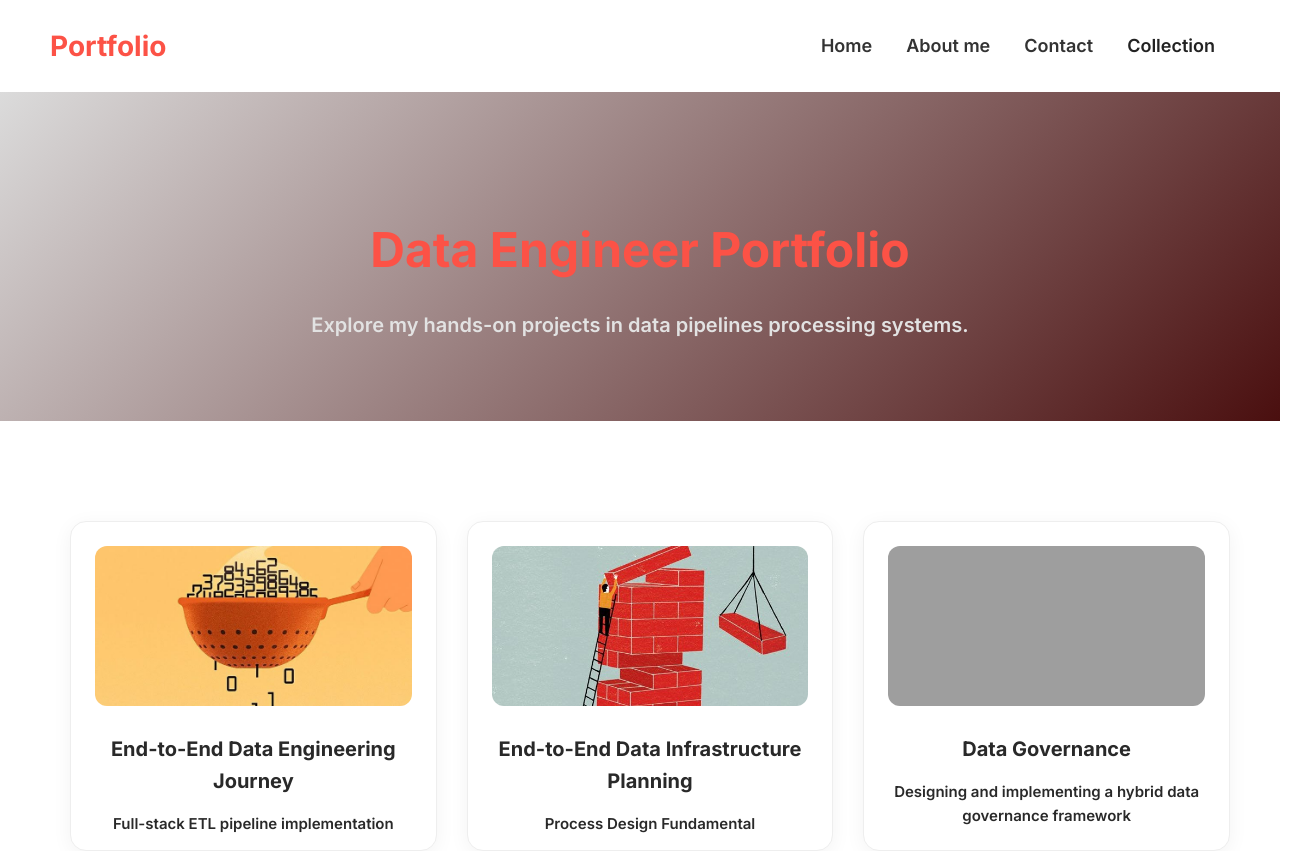
Repository: Wipas1919/Archive-portfolio
Page: projects/data-engineer.html
The author's editor kept a copy of each file at every save. The page is drawn from the files as they stood at one save, then again after the next save.
The browser window is 1280 px wide. The page is 1300 px wide, so the pictures cover 1300 px, including what lies to the right of the window. The pictures show the whole page.
Pictures or frames that could not be fetched are drawn as grey boxes.

Above is the page before, as saved 2025-06-01 20:55:38.

### projects/data-engineer.html
<!-- Cleaned and updated on 2025-05-25 -->
<!DOCTYPE html>
<html lang="en">
<head>
  <meta charset="UTF-8" />
  <meta name="viewport" content="width=device-width, initial-scale=1.0"/>
  <title>Data Engineer | Portfolio</title>
  <link href="https://fonts.googleapis.com/css2?family=Inter:wght@600;700&display=swap" rel="stylesheet">
  <link rel="stylesheet" href="../style/main.css">
  <style>
    body {
      font-family: 'Inter', sans-serif;
    }
    .cover {
      background: linear-gradient(135deg, #dbdbdb, #4a0f0f);
      padding: 80px 20px;
      text-align: center;
    }
    .cover h1 {
      font-size: 48px;
      color: #fc5246;
      margin-bottom: 20px;
    }
    .cover p {
      font-size: 20px;
      color: #e2e2e2;
      max-width: 700px;
      margin: 0 auto;
    }

    .project-cards h3 {
      text-align: center;
      font-size: 28px;
      margin-top: 60px;
      margin-bottom: 30px;
    }

    .card-grid {
      display: grid;
      grid-template-columns: repeat(auto-fit, minmax(280px, 1fr));
      gap: 30px;
      padding: 0 20px;
    }

    .card {
      display: block;
      background: #fff;
      border-radius: 16px;
      box-shadow: 0 4px 20px rgba(0, 0, 0, 0.05);
      padding: 24px;
      text-align: center;
      transition: transform 0.3s;
      text-decoration: none !important;
      color: inherit !important;
      cursor: pointer;
    }

    .card:hover {
      transform: translateY(-5px);
    }

    .card img {
      width: 100%;
      height: 160px;
      object-fit: cover;
      border-radius: 12px;
      margin-bottom: 16px;
    }

    .card h4 {
      font-size: 20px;
      margin-bottom: 8px;
      color: #222;
    }

    .card p {
      color: #666;
      font-size: 15px;
    }

    /* Make sure visited or active links do not change color or show underline */
    .card:visited,
    .card:hover,
    .card:focus,
    .card:active,
    .card *,
    .card *:visited,
    .card *:hover,
    .card *:focus,
    .card *:active {
      color: inherit !important;
      text-decoration: none !important;
    }

    .dropdown-wrapper {
      position: relative;
      display: inline-block;
    }

    .dropbtn {
      font-weight: 600;
      cursor: pointer;
      color: #222;
      text-decoration: none;
      margin-left: 15px;
    }

    .dropdown-content {
      display: none;
      position: absolute;
      top: 100%;
      right: 0;
      background-color: #ffffff;
      min-width: 220px;
      border-radius: 12px;
      box-shadow: 0 10px 25px rgba(0, 0, 0, 0.08);
      overflow: hidden;
      padding: 10px 0;
      z-index: 999;
    }

    .dropdown-wrapper:hover .dropdown-content {
      display: block;
    }

    .dropdown-content a {
      display: block;
      padding: 12px 20px;
      color: #222;
      text-decoration: none;
      font-size: 15px;
      transition: background-color 0.2s ease, color 0.2s ease;
    }

    .dropdown-content a:hover {
      background-color: #eaeaea;
      color: #fd3a2d;
    }
  </style>
</head>
<body>
  <div id="page-loader"><div class="spinner"></div></div>

  <header>
    <div class="container">
      <h1 class="logo" style="font-family: 'Inter', sans-serif; font-weight: 700; font-size: 28px; color: #fc5246;">Portfolio</h1>
      <nav class="nav-right">
        <a href="../index.html">Home</a>
        <a href="../index.html#about">About me</a>
        <a href="../index.html#contact">Contact</a>
        <div class="dropdown-wrapper">
          <a href="#" class="dropbtn">Collection</a>
          <div class="dropdown-content">
            <a href="data-engineer.html">Data Engineer</a>
            <a href="business-analysis.html">Business Analysis</a>
            <a href="bi-solutions.html">Business Intelligent</a>
            <a href="strategic-data.html">Data-Driven</a>
            <a href="cloud-cert.html">Certification</a>
            <a href="data-integration.html">Data Product</a>
          </div>
        </div>
      </nav>
    </div>
  </header>

  <!-- Cover / Hero Section -->
  <section class="cover">
    <h1>Data Engineer Portfolio</h1>
    <p>Explore my hands-on projects in data pipelines processing systems.</p>
  </section>

  <!-- Project Cards Section -->
  <section class="project-cards container" id="project-cards">
    <div class="card-grid" id="card-container"></div>
  </section>

  <script>
    const cardsContainer = document.getElementById("card-container");
    const projectId = "data-engineer";

    fetch("../data/projects.json")
      .then(res => res.json())
      .then(data => {
        const p = data[projectId];
        if (!p || !p.projects?.length) {
          cardsContainer.innerHTML = "<p>No projects found.</p>";
          return;
        }
        cardsContainer.innerHTML = p.projects.map(proj => `
          <a href="project.html?id=${proj.slug}" class="card">
            <img src="${proj.image}" alt="${proj.title}" />
            <h4>${proj.title}</h4>
            <p>${proj.description}</p>
          </a>
        `).join("");
      })
      .catch(err => {
        cardsContainer.innerHTML = "<p>Error loading data.</p>";
        console.error(err);
      });
  </script>
</body>
</html>

### style/main.css
/* ตั้งค่าพื้นฐาน */
body {
  margin: 0;
  font-family: 'Poppins', sans-serif;
  background: #ffffff;
  color: #292929;
  line-height: 1.6;
  scroll-behavior: smooth;
  user-select: none;
  -webkit-user-select: none;
  -ms-user-select: none;
}

img {
  max-width: 100%;
  height: auto;
  display: block;
}

.container {
  width: 100%;
  max-width: 1200px;
  margin: 0 auto;
  padding: 0 50px; /* เพิ่ม padding ด้านข้าง */
}

@media screen and (max-width: 767px) {
  .container { padding: 0 16px; }
  .hero h2 { font-size: 36px; }
  .hero p { font-size: 18px; }
  .card-grid { grid-template-columns: 1fr; }
  nav a { font-size: 14px; }
  .hero-content { flex-direction: column; }
  .about-image img { width: 100%; }
}

@media screen and (min-width: 768px) and (max-width: 1024px) {
  .hero h2 { font-size: 48px; }
  .card-grid { grid-template-columns: repeat(2, 1fr); }
}

@media screen and (max-width: 480px) {
  h2, .section-title { font-size: 28px; }
  .hero h2 { font-size: 28px; }
  .hero p, .section-description, .about-text p, .card p { font-size: 16px; }
  .btn { padding: 10px 20px; font-size: 16px; }
}

/* Navbar */
header {
  background: #fff;
  padding: 5px 0;
  display: flex;
  justify-content: space-between;
  align-items: center;
  border-bottom: 0px solid #eee;
  position: sticky;
  top: 0;
  z-index: 100;
}

header .container {
  display: flex;
  align-items: center;
  justify-content: space-between;
}

.logo {
  font-family: 'Poppins', serif;
  font-size: 30px;
  color: #fc5246;
}

nav a {
  margin: 0 15px;
  color: #333;
  text-decoration: none;
  font-weight: 600;
  font-size: 18px;
}

nav a:hover {
  color: #fd3a2d;
}

/* ปุ่มหลักของเมนู dropdown */
.dropdown-wrapper {
  position: relative;
  display: inline-block;
}

.dropbtn {
  font-weight: 600;
  cursor: pointer;
  color: #222;
  transition: color 0.3s ease;
}

.dropbtn:hover {
  color: #fd3a2d;
}

/* เมนูที่แสดงเมื่อ hover */
.dropdown-content {
  display: none;
  position: absolute;
  top: 100%;
  right: 0;
  background-color: #ffffff;
  min-width: 220px;
  border-radius: 12px;
  box-shadow: 0 10px 25px rgba(0, 0, 0, 0.08);
  overflow: hidden;
  padding: 10px 0;
  z-index: 999;
}

/* แสดงเมื่อ hover */
.dropdown-wrapper:hover .dropdown-content {
  display: block;
}

/* ลิงก์ใน dropdown */
.dropdown-content a {
  display: block;
  padding: 12px 20px;
  color: #222;
  text-decoration: none;
  font-size: 15px;
  transition: background-color 0.2s ease, color 0.2s ease;
}

/* Hover effect ของลิงก์ */
.dropdown-content a:hover {
  background-color: #eaeaea;
  color: #fd3a2d;
}

.hero-animation {
  margin-top: 10px;
  display: flex;
  justify-content: right;
}

/* Hero Section */
.hero {
  position: relative;
  height: 60vh;
  display: flex;
  align-items: center;
  justify-content: center;
  flex-direction: column;
  text-align: center;
  background: #000000;
  color: #ffffff;
}

#hero-background {
  position: absolute;
  top: 0;
  left: 0;
  width: 100%;
  height: 100%;
  z-index: 0;
}

.hero-content {
  position: relative;
  z-index: 1;
  width: 100%;
  max-width: 1200px;
  padding-left: 5vw;
  padding-right: 5vw;
  text-align: left;
  align-items: flex-start;
}

.hero h2 {
  font-size: 60px;
  margin-bottom: 10px;
  line-height: 1.2;
  color: #ececec;
}

.hero p {
  font-size: 30px;
  margin-bottom: 30px;
  color: #ececec;
}

.btn, .hero .btn {
  display: inline-block;
  background: #fd3a2d;
  color: #fff;
  padding: 14px 36px;
  border-radius: 30px;
  text-decoration: none;
  font-weight: bold;
  font-size: 18px;
  transition: background 0.3s;
}

.btn:hover, .hero .btn:hover {
  background: #252525;
}

/* Sections */
section {
  padding: 100px 0;
  text-align: center;
}

/* About Section */
.about-grid {
  display: flex;
  align-items: center;
  justify-content: center;
  gap: 50px;
  flex-wrap: wrap;
}

.about-image img {
  width: 500px;
  height: auto;
  object-fit: cover;
  border-top-left-radius: 0;
  border-top-right-radius: 0;
  border-bottom-left-radius: 200px;
  border-bottom-right-radius: 200px;
}

.about-text {
  max-width: 500px;
  text-align: left;
}

.about-text h2 {
  margin-bottom: 20px;
}

.about-text p {
  font-size: 18px;
  color: #666;
}

/* Timeline */
.timeline-item {
  position: relative;
  margin-bottom: 30px;
}

.timeline-dot {
  width: 14px;
  height: 14px;
  background-color: #fd3a2d;
  border-radius: 50%;
  position: absolute;
  left: -8px;
  top: 0;
}

.timeline-content {
  margin-left: 20px;
}

.timeline-content h4 {
  margin: 0;
  font-size: 18px;
  color: #333;
  font-weight: 600;
}

.timeline-content p {
  margin: 5px 0 0;
  font-size: 16px;
  color: #666;
}

/* Projects Section */
#projects {
  margin-bottom: 10px;
}

.card-grid {
  display: grid;
  grid-template-columns: repeat(3, 1fr); /* สำคัญ: 3 คอลัมน์ */
  gap: 20px;
  margin-top: 100px;
}


.card {
  background: #ffffff;
  padding: 30px;
  border-radius: 12px;
  max-height: 280px;
  text-align: center;
  transition: box-shadow 0.3s;
  border: 1px solid #eee;
}

.card:hover {
  box-shadow: 0 8px 20px rgba(0, 0, 0, 0.1);
}

.card-icon img {
  width: 40px;
  height: 40px;
  margin-bottom: 20px;
}

.card h3 {
  font-size: 18px;
  margin-bottom: 15px;
  color: #333;
}

.card p {
  font-size: 16px;
  color: #666;
}

/* Contact Section */
.contact {
  background: rgba(255, 255, 255, 0.5); /* 1 = โปร่งแสง 50% */
  text-align: center;
}

.section-subtitle {
  text-transform: uppercase;
  font-size: 18px;
  letter-spacing: 1.5px;
  color: #4e4e4e;
  margin-bottom: 10px;
}

h2 {
  font-size: 36px;
  color: #292929
}


.section-title {
  font-size: 36px;
  margin-bottom: 10px;
  color: #2e2e2e;
}

.section-description {
  font-size: 18px;
  margin-bottom: 40px;
  color: #4e4e4e;
}

.contact-grid {
  display: grid;
  grid-template-columns: repeat(auto-fit, minmax(280px, 1fr));
  gap: 20px;
  margin-top: 40px;
}

.contact-card.glass {
  background: rgba(255, 255, 255, 0.15);
  backdrop-filter: blur(12px);
  -webkit-backdrop-filter: blur(12px);
  border-radius: 20px;
  padding: 24px;
  border: 1px solid rgba(255, 255, 255, 0.3);
  box-shadow: 0 8px 32px rgba(0, 0, 0, 0.1);
  transition: transform 0.3s ease, box-shadow 0.3s ease;
  text-align: center;
}

.contact-card.glass:hover {
  transform: scale(1.05);
  box-shadow: 0 12px 28px rgba(0, 0, 0, 0.15);
}

.contact-icon {
  display: flex;
  flex-direction: column;
  align-items: center;
  justify-content: center; /* 🔥 เพิ่มบรรทัดนี้เพื่อจัดไอคอนแนวดิ่ง */
  height: 100px; /* ✅ ปรับความสูงให้เหมาะสม */
  margin-bottom: 12px;
}


.contact-icon img {
  width: 48px;
  height: 48px;
  margin-bottom: 12px;
  transition: transform 0.3s ease;
}

.contact-card.glass:hover .contact-icon img {
  transform: scale(1.15);
}

/* Footer */
footer {
  background: #f5f5f5;
  padding: 20px 0;
  font-size: 14px;
  color: #4d4d4d;
}

.footer-container {
  display: flex;
  justify-content: space-between;
  align-items: center;
  flex-wrap: wrap;
}

.social-links {
  display: flex;
  gap: 20px;
}

.social-links a img {
  width: 30px;
  height: 30px;
  transition: transform 0.3s ease;
}

.social-links a img:hover {
  transform: scale(1.2);
}

#hero-background {
  position: absolute;
  top: 0;
  left: 0;
  height: 100%;
  width: 100%;
  z-index: 0;
  overflow: hidden;
}
.hero-content {
  position: relative;
  z-index: 1;
}

/* animation-data */
.hero-content {
  display: flex;
  justify-content: space-between;
  align-items: center;
  flex-wrap: wrap;
  gap: 40px;
}

.hero-text {
  flex: 1 1 55%;
}

.hero-animation {
  flex: 1 1 40%;
  display: flex;
  justify-content: center;
  align-items: center;
}

/* ===== Page Loader & Smooth Scroll ===== */
html{scroll-behavior:smooth;}

#page-loader{
  position:fixed;inset:0;display:grid;place-items:center;
  background:#ffffff;z-index:9999;opacity:1;
  transition:opacity .0.5s ease;
}
#page-loader .spinner{
  width:32px;height:32px;border:4px solid #e5e5e5;
  border-top-color:#ff694b;border-radius:50%;
  animation:spin .8s linear infinite;
}
@keyframes spin{to{transform:rotate(360deg)}}

body.loaded #page-loader{opacity:0;pointer-events:none;}
body.fade-out{opacity:0;transition:opacity .0.5s ease;}

@keyframes hideLoaderFallback{to{opacity:0;pointer-events:none;}}
#page-loader{animation:hideLoaderFallback 0.5s forwards 0.5s;}



/* ====  Reusable Card Component  ================================== */
.card {
  background: #ffffff;
  border: 1px solid #eee;
  border-radius: 12px;
  padding: 24px;
  text-align: center;
  box-shadow: 0 4px 12px rgba(0,0,0,.05);
  transition: transform .3s ease, box-shadow .3s ease;
}
.card:hover {
  transform: translateY(-6px);
  box-shadow: 0 12px 25px rgba(0,0,0,.1);
}

.card__icon{
  display:flex;
  flex-direction:column;
  align-items:center;
  justify-content:center;
  height:100px;
  margin-bottom:12px;
}
.card__icon img{
  width:48px;
  height:48px;
  transition: transform .3s ease;
}
.card:hover .card__icon img{
  transform:scale(1.15);
}

/* Variant – project card (clickable) */
.card--project{cursor:pointer;}

/* Variant – glassmorphism contact card */
.card--glass{
  background: rgba(255,255,255,.15);
  backdrop-filter: blur(12px);
  -webkit-backdrop-filter: blur(12px);
  border: 1px solid rgba(255,255,255,.3);
  box-shadow: 0 8px 32px rgba(0,0,0,.1);
}

/* Grids */

.card-grid--contact{
  display:grid;
  grid-template-columns: repeat(auto-fit,minmax(280px,1fr));
  gap:20px;
  margin-top:40px;
}

/* Remove legacy duplicate styles */
.contact-card, .contact-card.glass, .glass-card{
}/* project */

.project-blog {
  max-width: 800px;
  margin: 80px auto;
  padding: 0 20px;
  font-family: 'Inter', sans-serif;
}

.project-blog h1 {
  font-size: 36px;
  font-weight: 700;
  margin-bottom: 20px;
  text-align: center;
  color: #222;
}

.project-blog .tag {
  display: inline-block;
  background: #eeeeee;
  color: #333;
  padding: 6px 12px;
  margin: 0 8px 20px 0;
  border-radius: 20px;
  font-size: 14px;
}

.project-blog p {
  font-size: 18px;
  color: #444;
  line-height: 1.7;
  margin-bottom: 24px;
}

.project-blog img {
  width: 100%;
  border-radius: 10px;
  margin: 30px 0;
  box-shadow: 0 8px 30px rgba(0,0,0,0.08);
}

/* button */
.back-float-btn {
  position: fixed;
  bottom: 30px;
  left: 50%;
  transform: translateX(-50%);
  background-color: #fc5246;
  color: white;
  padding: 10px 24px;
  font-size: 14px;
  border-radius: 30px;
  box-shadow: 0 4px 16px rgba(0, 0, 0, 0.1);
  cursor: pointer;
  z-index: 9999;
  text-align: center;
  font-family: 'Inter', sans-serif;
  transition: background 0.3s ease;
  width: auto;       /* ปรับให้ขนาดพอดีกับเนื้อหา */
  max-width: 200px;  /* จำกัดไม่ให้ปุ่มกว้างเกินไป */
}

.back-float-btn:hover {
  background-color: #e6483c;
}

@media (max-width: 768px) {
  .back-float-btn {
    padding: 9px 18px;
    font-size: 13px;
    bottom: 20px;
  }
/* ===== FINAL OVERRIDE ===== */
.contact-card a {
  color: inherit !important;
  text-decoration: none !important;
}

.contact-card a:visited {
  color: inherit !important;
  text-decoration: none !important;
}

.contact-card a:hover,
.contact-card a:focus,
.contact-card a:active {
  color: inherit !important;
  text-decoration: none !important;
}

/* ===== Card grid (Projects) enforce 3-column on desktop ===== */
@media (min-width: 1024px){
  .card-grid--projects{
    grid-template-columns: repeat(3, 1fr);
  }
}
/* 2 columns on tablets */
@media (min-width: 640px) and (max-width: 1023px){
  .card-grid--projects{
    grid-template-columns: repeat(2, 1fr);
  }
}
/* 1 column on small screens (default) */
}

/* ===== DESKTOP-ONLY MODE (CSS BLOCK) =====
   Hide entire site below 1024px width and show full-screen notice
--------------------------------------------------------------- */
@media (hover: none) and (pointer: coarse){
  /* Hide all real content */
  body > * { display: none !important; }

  /* Full-screen notice */
  body::before{
    content: "This site is designed for desktop browsers only.\A Please visit on a larger screen.";
    white-space: pre-line;
    position: fixed;
    inset: 0;
    background: #ffffff;
    color: #000000;
    padding: 40px 24px;
    display: flex;
    align-items: center;
    justify-content: center;
    font-family: "Poppins", sans-serif;
    font-size: 18px;
    line-height: 1.4;
    text-align: center;
    z-index: 99999;
  }

  /* Prevent horizontal scroll */
  html, body{ overflow: hidden; }
}

.project-blog strong {
  font-size: 1.4em;   /* 110 % ของขนาดปกติในย่อหน้านั้น */
  font-weight: 800;
}

### data/projects.json
{
  "data-engineer": {
    "projects": [
      {
        "title": "End-to-End Data Engineering Journey",
        "slug": "End-to-End Data Engineering Journey",
        "description": "Full-stack ETL pipeline implementation",
        "image": "/images/data-engineers.jpg"
      },
      {
        "title": "End-to-End Data Infrastructure Planning",
        "slug": "End-to-End Data Infrastructure Planning",
        "description": "Process Design Fundamental",
        "image": "/images/data-foundamatal.jpg"
      },
      {
        "title": "Data Governance",
        "slug": "Data Governance",
        "description": "Designing and implementing a hybrid data governance framework",
        "image": "/images/data-governance.jpg"
      }
    ]
  },
  "business-analysis": {
    "title": "Business Analysis",
    "description": "Transform data into insights for decision-making.",
    "image": "../images/ba.svg",
    "overview": "Analyzed survey and operational data to support marketing strategy.",
    "contributions": [
      "Designed data collection forms",
      "Used SQL & Power BI for analysis",
      "Presented insights to leadership"
    ],
    "tools": [
      "Excel",
      "SQL",
      "Power BI",
      "Survey Analysis"
    ],
    "impact": "Helped increase campaign engagement by 30%",
    "projects": [
      {
        "title": "post-event analysis",
        "slug": "post-event analysis",
        "description": "Built interactive dashboards to monitor sentiment trends.",
        "image": "/images/post-event.png"
      },
      {
        "title": "New insights are cooking",
        "slug": "campaign-performance-analysis",
        "description": "preparing something worth the wait.",
        "image": "/images/upcoming-cover.png"
      },
      {
        "title": "New insights are cooking",
        "slug": "operational-kpi-tracking",
        "description": "preparing something worth the wait.",
        "image": "/images/upcoming-cover.png"
      }
    ]
  },
  "bi-solutions": {
    "title": "Business Intelligent",
    "projects": [
      {
        "title": "Dashboard Routine",
        "description": "Designed Power BI dashboard to visualize sales KPIs across regions.",
        "image": "/images/bi-routine-1.png",
        "slug": "bi-sales-performance"
      },
      {
        "title": "Dashboard Near-real time",
        "description": "Used data visualization to cluster customer segments based on behavior.",
        "image": "/images/bi-routine-2.png",
        "slug": "bi-customer-segmentation"
      },
      {
        "title": "KPI Overview",
        "description": "Built interactive dashboards to summarize high-level KPIs for executives.",
        "image": "/images/bi-routine-3.png",
        "slug": "bi-kpi-overview"
      }
    ]
  },
  "strategic-data": {
    "title": "Data-Driven",
    "projects": [
      {
        "title": "Assistant Speaker Trend Technoligies ",
        "description": "Developed a data-driven framework to analyze campaign performance across channels.",
        "image": "/images/bi-routine-4.jpg",
        "slug": "marketing-insight-framework"
      },
      {
        "title": "Power BI Training",
        "description": "Created visualizations from IoT sensor data to optimize event space usage.",
        "image": "/images/bi-routine-5.jpg",
        "slug": "event-analytics-dashboard"
      },
      {
        "title": "Coming Soon!",
        "description": "Designed end-to-end system for converting analytics into automated decisions.",
        "image": "/images/upcoming-cover.png",
        "slug": "decision-intelligence-system"
      }
    ]
  },
  "data-integration": {
    "title": "Data Product",
    "projects": [
      {
        "title": "Chat AI for web-event",
        "description": "Built backend pipeline to integrate chatbot logs into Datamart for insights.",
        "image": "/images/bi-routine-6.png",
        "slug": "chatbot-analytics-pipeline"
      },
      {
        "title": "Hr Recuddtor Macthing",
        "description": "Created dynamic reporting tool from MySQL and PostgreSQL for internal teams.",
        "image": "/images/upcoming-cover.png",
        "slug": "self-service-report-generator"
      },
      {
        "title": "Comming Soon!",
        "description": "Aggregated customer voice data into a single source for product decisions.",
        "image": "/images/upcoming-cover.png",
        "slug": "customer-feedback-hub"
      }
    ]
  },
  "cloud-cert": {
  "title": "Certification",
  "projects": [
    {
      "title": "Comming Soon!",
      "description": "Demonstrated foundational knowledge of GCP services and architecture.",
      "image": "/images/upcoming-cover.png",
      "slug": "gcp-certification"
    },
    {
      "title": "Comming Soon!",
      "description": "Comming Soon!",
      "image": "/images/upcoming-cover.png",
      "slug": "aws-certification"
    },
    {
      "title": "Comming Soon!",
      "description": "Comming Soon!",
      "image": "/images/upcoming-cover.png",
      "slug": "azure-certification"
    }
  ]
}
}

After the next save:
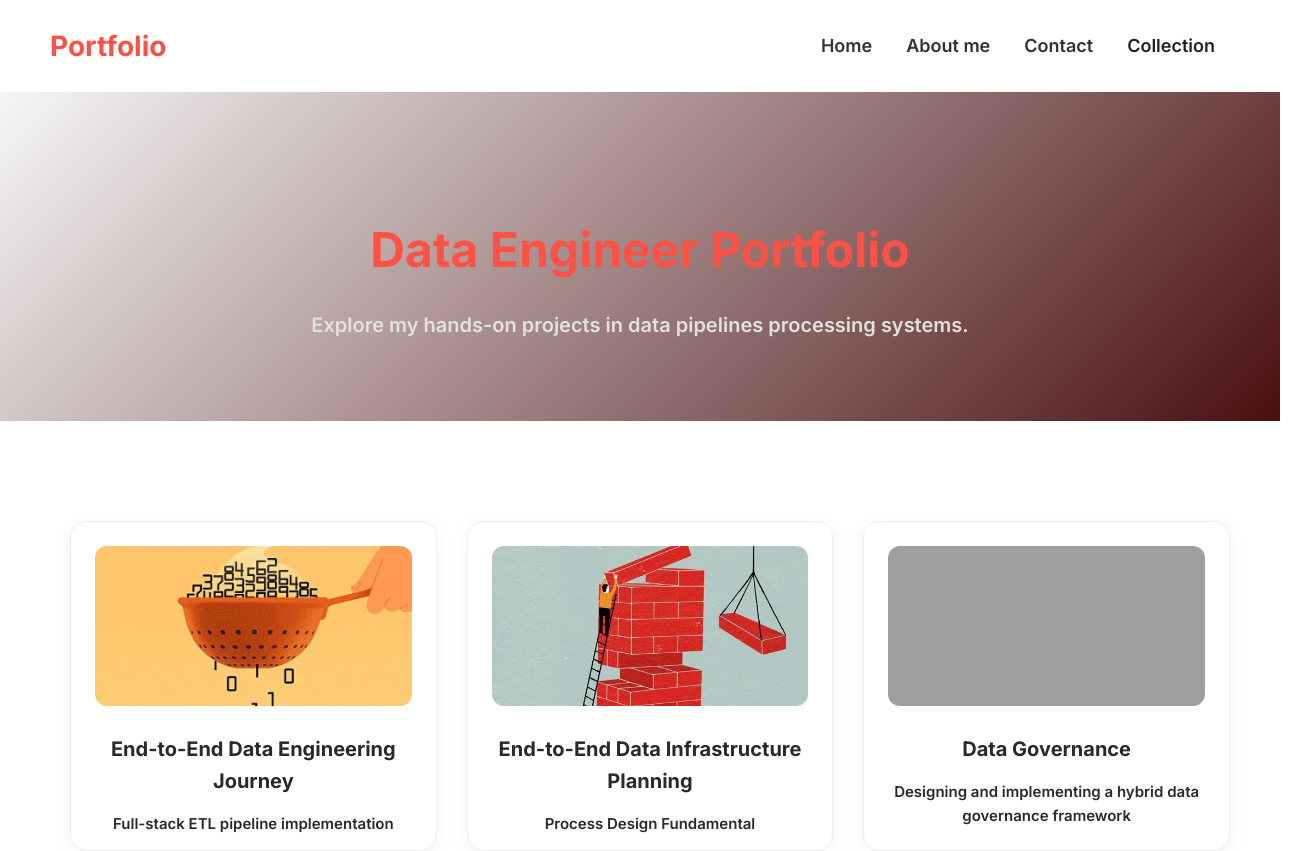
Saved 5 s later.
--- a/projects/data-engineer.html
+++ b/projects/data-engineer.html
@@ -12,7 +12,7 @@
       font-family: 'Inter', sans-serif;
     }
     .cover {
-      background: linear-gradient(135deg, #dbdbdb, #4a0f0f);
+      background: linear-gradient(135deg, #f6f6f6, #4a0f0f);
       padding: 80px 20px;
       text-align: center;
     }
